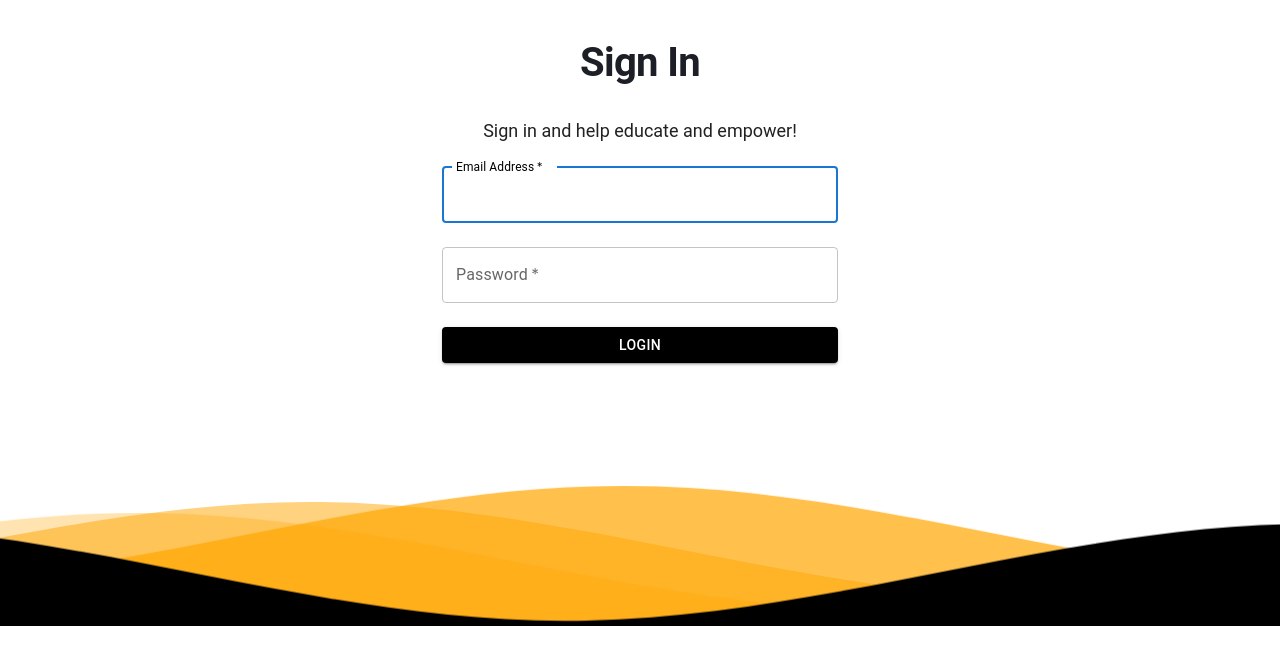
Repository: Deepika9103/WTDashboard
Page: /signin
An editor plug-in stored every save of this project. The page is shown before and after the next save, followed by the edit.
The browser window is 1280 px wide. The pictures show the whole page.
The project was rebuilt for these pictures with package versions that can differ from the ones it lists, and the page was loaded fresh each time. Some packages were replaced by stand-ins written for this rebuild. Also part of the build but not shown: src/Components/CustomButton.jsx, src/Components/Navbar.jsx, src/Components/Footer.jsx, src/Components/CongratsCard.jsx, src/pages/Hero/Properties.jsx, src/pages/Hero/Hero.jsx, src/pages/Dashboard/Dashboard.jsx, src/Components/layout.jsx and 1 more.

Above is the page before, as saved 2024-03-26 14:57:55.

### src/index.js
import React from "react";
import ReactDOM from "react-dom/client";
import "./index.css";
import { GoogleOAuthProvider } from '@react-oauth/google';
import App from "./App";
import { BrowserRouter } from "react-router-dom";
const root = ReactDOM.createRoot(
    document.getElementById("root"));
root.render(
    <BrowserRouter>
<GoogleOAuthProvider clientId="730379698185-cv7a59sok9sod43v04ee6g6pt4gtaea2.apps.googleusercontent.com">
        {/* <React.StrictMode> */}
            <App />
        {/* </React.StrictMode> */}
    </GoogleOAuthProvider>
    </BrowserRouter>

);

### src/index.css
@import url("https://fonts.googleapis.com/css2?family=Poppins:wght@400;500;700&display=swap");

* {
  margin: 0;
  padding: 0;
  box-sizing: border-box;
  font-family: "Poppins", sans-serif;
}

body {
  margin: 0;
  -webkit-font-smoothing: antialiased;
  -moz-osx-font-smoothing: grayscale;
}

code {
  font-family: source-code-pro, Menlo, Monaco, Consolas, "Courier New",
    monospace;
}

### src/App.jsx
import Hero from "./pages/Hero/Hero";
import Dashboard from "./pages/Dashboard/Dashboard";
import Layout from "./Components/layout";
import SignIn from "./pages/Sign_in";
import Profile from "./pages/Profile"
import {useState} from "react";
import { Route, Routes } from "react-router-dom";
function App() {
  return (
    <>
      <Routes>
        <Route path="/signin" element={<><SignIn /></>} />
      <Route path="/dashboard" element={<Layout><Dashboard /></Layout>} />
       <Route path="/profile" element={<Layout><Profile/></Layout>} />
        <Route path="/" element={<><Hero /></>} />
      </Routes>
         </>
  );
}

export default App;

### src/pages/Sign_in.jsx
import * as React from 'react';
import Button from '@mui/material/Button';
import CssBaseline from '@mui/material/CssBaseline';
import TextField from '@mui/material/TextField';
import Box from '@mui/material/Box';
import Typography from '@mui/material/Typography';
import Container from '@mui/material/Container';
import { createTheme, ThemeProvider } from '@mui/material/styles';
import { styled } from "@mui/material";
import Swal from 'sweetalert2';
import { useNavigate } from 'react-router-dom';
import { GoogleLogin } from '@react-oauth/google';

const defaultTheme = createTheme();

export default function SignIn() {

  const navigate = useNavigate();
const responseMessage = (response) => {
    navigate('/dashboard')

    console.log(response);
};
const errorMessage = (error) => {
    console.log(error);
};
  const handleSubmit = (event) => {
    event.preventDefault();
    const data = new FormData(event.currentTarget);

    const searchData = {
      email: data.get('email'),
      password: data.get('password'),
    }
    console.log({
      email: data.get('email'),
      password: data.get('password'),
    });

    fetch(`https://wixstocle.pythonanywhere.com/api/login/`, {
      method: 'POST',
      headers: {
        'Content-Type': 'application/json',
      },
      body: JSON.stringify(searchData),
    }).then((response) => response.json())
      .then((data) => {
        // console.log(data);
        if (data.status == true) {
          Swal.fire({
            icon: 'success',
            title: 'Successfully Logged In',
            showConfirmButton: false,
            timer: 3000
          })
          navigate('/')
        }
        else {
          Swal.fire({
            icon: 'error',
            title: data.message,
            showConfirmButton: false,
            timer: 3000
          })
        }
      })
      .catch((error) => {
        // console.error(error);
      });

  };
  const Title = styled(Typography)(({ theme }) => ({
    fontSize: "40px",
    color: "#000336",
    fontWeight: "bold",
    textAlign: "center",
    margin: theme.spacing(4, 0, 4, 0),
    [theme.breakpoints.down("sm")]: {
      fontSize: "40px",
    },
  }));


  return (
    <ThemeProvider theme={defaultTheme}>
    <Container component="main" maxWidth="xs">
      <CssBaseline />
      <Box
        sx={{
          marginTop: 1,
          display: 'flex',
          flexDirection: 'column',
          alignItems: 'center',
          justifyContent:'center'
        }}
      >
        <Title variant="h1" sx={{ color: "#1C1F25" }}>
            Sign In
           </Title>
        <Typography component="h2" variant="h5" sx={{ fontSize: "18px" }}>
          Sign in and help educate and empower!
        </Typography>
        <Box component="form" onSubmit={handleSubmit} noValidate sx={{ mt: 1 }}>
          <TextField
            margin="normal"
            required
            fullWidth
            id="email"
            label="Email Address"
            name="email"
            autoComplete="email"
            autoFocus
            sx={{
                '& .MuiOutlinedInput-root': {
                  '&:hover fieldset': {
                    borderColor: "black", // Outline color on hover
                  },
                },
                '& .Mui-focused fieldset': {
                  borderColor: "black", // Outline color when focused
                },

                '& .MuiInputLabel-root.Mui-focused': {
                  color: "black", // Label color when focused
                },

              }}
          />
          <TextField
            margin="normal"
            required
            fullWidth
            name="password"
            label="Password"
            type="password"
            id="password"
            autoComplete="current-password"
            sx={{
                '& .MuiOutlinedInput-root': {
                  '&:hover fieldset': {
                    borderColor: "black", // Outline color on hover
                  },
                },
                '& .Mui-focused fieldset': {
                  borderColor: "black", // Outline color when focused
                },

                '& .MuiInputLabel-root.Mui-focused': {
                  color: "black", // Label color when focused
                },

              }}
          />
          {/* <FormControlLabel
            control={<Checkbox value="remember" color="primary" />}
            label="Remember me"
          /> */}
          <Button
            type="submit"
            fullWidth
            variant="contained"

            sx={{
              mt: 2,
              mb: 1,
              backgroundColor: "black", // Background color on hover
                color: "#fff", // Text color on hover
                // borderColor: "black", //
              '&:hover': {
                backgroundColor: "#fff", // Background color on hover
                color: "black", // Text color on hover
                borderColor: "black", // Outline color on hover
              },
            }}
          >
            Login
          </Button>
          <Box
  display="flex"
  justifyContent="center"
  alignItems="center"
  flexDirection="column"
  sx={{ mt: 2, mb: 1 }}
>
  {/* <Button
    type="submit"
    variant="contained"
    sx={{
      backgroundColor: "white", // Background color on hover
      color: "black", // Text color on hover
      '&:hover': {
        backgroundColor: "#blue", // Background color on hover
        color: "white", // Text color on hover
      },
    }}
  >
    <img
      src={heroImg}
      alt="Google Icon"
      style={{ width: '40px', height: '100%', marginRight: '10px' }}
    />
    Sign In with Google
  </Button> */}
<GoogleLogin onSuccess={responseMessage} onError={errorMessage} />
</Box>
        </Box>
      </Box>
    </Container>
    <div style={{ marginTop: "2.5rem", marginBottom: "-1rem" }}>
  <svg
    style={{
      position: 'relative',
      width: '100%',
      height: '21vh',
    }}
    xmlns="http://www.w3.org/2000/svg"
    xmlnsXlink="http://www.w3.org/1999/xlink"
    viewBox="0 24 150 28"
    preserveAspectRatio="none"
    shapeRendering="auto"
  >
    <defs>
      <path
        id="gentle-wave"
        d="M-160 44c30 0 58-18 88-18s 58 18 88 18 58-18 88-18 58 18 88 18 v44h-352z"
      />
    </defs>
    <g className="parallax">
      <use xlinkHref="#gentle-wave" x="48" y="0" fill="rgba(255,165,0,0.7)" />
      <use xlinkHref="#gentle-wave" x="48" y="3" fill="rgba(255,165,0,0.5)" />
      <use xlinkHref="#gentle-wave" x="48" y="5" fill="rgba(255,165,0,0.3)" />
      <use xlinkHref="#gentle-wave" x="48" y="7" fill="black" />
    </g>
  </svg>
  <style>
    {`
      .parallax > use {
        animation: move-forever 25s cubic-bezier(.55,.5,.45,.5) infinite;
      }
      .parallax > use:nth-child(1) {
        animation-delay: -2s;
        animation-duration: 7s;
      }
      .parallax > use:nth-child(2) {
        animation-delay: -3s;
        animation-duration: 10s;
      }
      .parallax > use:nth-child(3) {
        animation-delay: -4s;
        animation-duration: 13s;
      }
      .parallax > use:nth-child(4) {
        animation-delay: -5s;
        animation-duration: 20s;
      }
      @keyframes move-forever {
        0% {
          transform: translate3d(-90px,0,0);
        }
        100% {
          transform: translate3d(85px,0,0);
        }
      }
      @media (max-width: 768px) {
        .waves {
          height: 40px;
          min-height: 40px;
        }
      }
    `}
  </style>
</div>


    </ThemeProvider>
  );
}

### src/Components/listItems.jsx
import * as React from 'react';
import ListItemButton from '@mui/material/ListItemButton';
import ListItemIcon from '@mui/material/ListItemIcon';
import ListItemText from '@mui/material/ListItemText';
import DashboardIcon from '@mui/icons-material/Dashboard';
import MedicalInformationIcon from '@mui/icons-material/MedicalInformation';
import SavingsIcon from '@mui/icons-material/Savings';
import SchoolIcon from '@mui/icons-material/School';
import HelpCenterIcon from '@mui/icons-material/HelpCenter';
import SettingsIcon from '@mui/icons-material/Settings';
import SmartToyIcon from '@mui/icons-material/SmartToy';
import { Link } from 'react-router-dom';
// import GoogleTranslateComponent from './GoogleTranslateComponent';
import EventAvailableIcon from '@mui/icons-material/EventAvailable';
import NotoficationsIcon from '@mui/icons-material/Notifications';
import LogoutIcon from '@mui/icons-material/Logout';
export const mainListItems = (
  <>
    <React.Fragment>
      <Link to="/dashboard" style={{ textDecoration: "none", color: "black" }}>
        <ListItemButton>
          <ListItemIcon>
            <DashboardIcon />
          </ListItemIcon>
          <ListItemText primary="Dashboard" />
        </ListItemButton>
      </Link>
      <Link to="/projects" style={{ textDecoration: "none", color: "black" }}>
        <ListItemButton>
          <ListItemIcon>
            <EventAvailableIcon />
          </ListItemIcon>
          <ListItemText primary="Projects" />
        </ListItemButton>
      </Link>
      <Link to="/Notifcations" style={{ textDecoration: "none", color: "black" }}>
        <ListItemButton>
          <ListItemIcon>
            <NotoficationsIcon />
          </ListItemIcon>
          <ListItemText primary="Notifications" />
        </ListItemButton>
      </Link>
      <Link to="/profile" style={{ textDecoration: "none", color: "black" }}>
        <ListItemButton>
          <ListItemIcon>
            <SettingsIcon />
          </ListItemIcon>
          <ListItemText primary="Profile" />
        </ListItemButton>
      </Link>
      <Link to="/" style={{ textDecoration: "none", color: "black" }}>
        <ListItemButton>
          <ListItemIcon>
            <LogoutIcon />
          </ListItemIcon>
          <ListItemText primary="LOg Out" />
        </ListItemButton>
      </Link>
    </React.Fragment >
  </>
);

Loaded but not shown: public/index.html (common file)

After the next save:
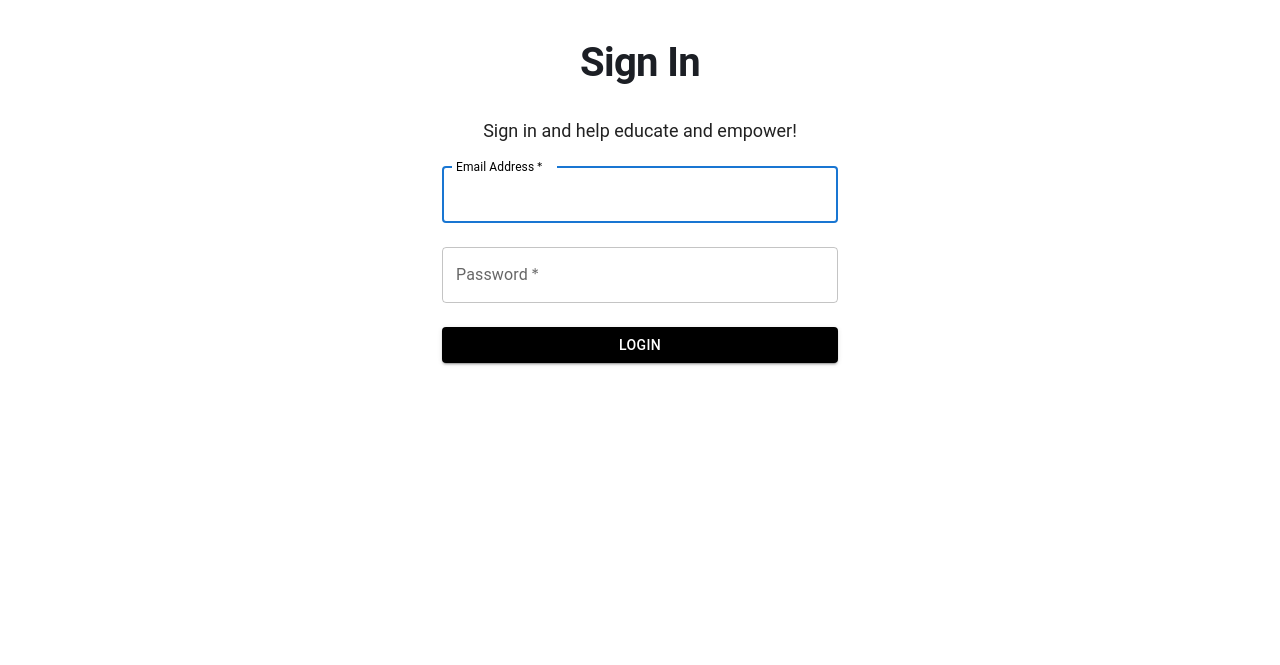
Saved 38 s later.
--- a/src/pages/Sign_in.jsx
+++ b/src/pages/Sign_in.jsx
@@ -206,70 +206,6 @@ const errorMessage = (error) => {
         </Box>
       </Box>
     </Container>
-    <div style={{ marginTop: "2.5rem", marginBottom: "-1rem" }}>
-  <svg
-    style={{
-      position: 'relative',
-      width: '100%',
-      height: '21vh',
-    }}
-    xmlns="http://www.w3.org/2000/svg"
-    xmlnsXlink="http://www.w3.org/1999/xlink"
-    viewBox="0 24 150 28"
-    preserveAspectRatio="none"
-    shapeRendering="auto"
-  >
-    <defs>
-      <path
-        id="gentle-wave"
-        d="M-160 44c30 0 58-18 88-18s 58 18 88 18 58-18 88-18 58 18 88 18 v44h-352z"
-      />
-    </defs>
-    <g className="parallax">
-      <use xlinkHref="#gentle-wave" x="48" y="0" fill="rgba(255,165,0,0.7)" />
-      <use xlinkHref="#gentle-wave" x="48" y="3" fill="rgba(255,165,0,0.5)" />
-      <use xlinkHref="#gentle-wave" x="48" y="5" fill="rgba(255,165,0,0.3)" />
-      <use xlinkHref="#gentle-wave" x="48" y="7" fill="black" />
-    </g>
-  </svg>
-  <style>
-    {`
-      .parallax > use {
-        animation: move-forever 25s cubic-bezier(.55,.5,.45,.5) infinite;
-      }
-      .parallax > use:nth-child(1) {
-        animation-delay: -2s;
-        animation-duration: 7s;
-      }
-      .parallax > use:nth-child(2) {
-        animation-delay: -3s;
-        animation-duration: 10s;
-      }
-      .parallax > use:nth-child(3) {
-        animation-delay: -4s;
-        animation-duration: 13s;
-      }
-      .parallax > use:nth-child(4) {
-        animation-delay: -5s;
-        animation-duration: 20s;
-      }
-      @keyframes move-forever {
-        0% {
-          transform: translate3d(-90px,0,0);
-        }
-        100% {
-          transform: translate3d(85px,0,0);
-        }
-      }
-      @media (max-width: 768px) {
-        .waves {
-          height: 40px;
-          min-height: 40px;
-        }
-      }
-    `}
-  </style>
-</div>
 
 
     </ThemeProvider>
